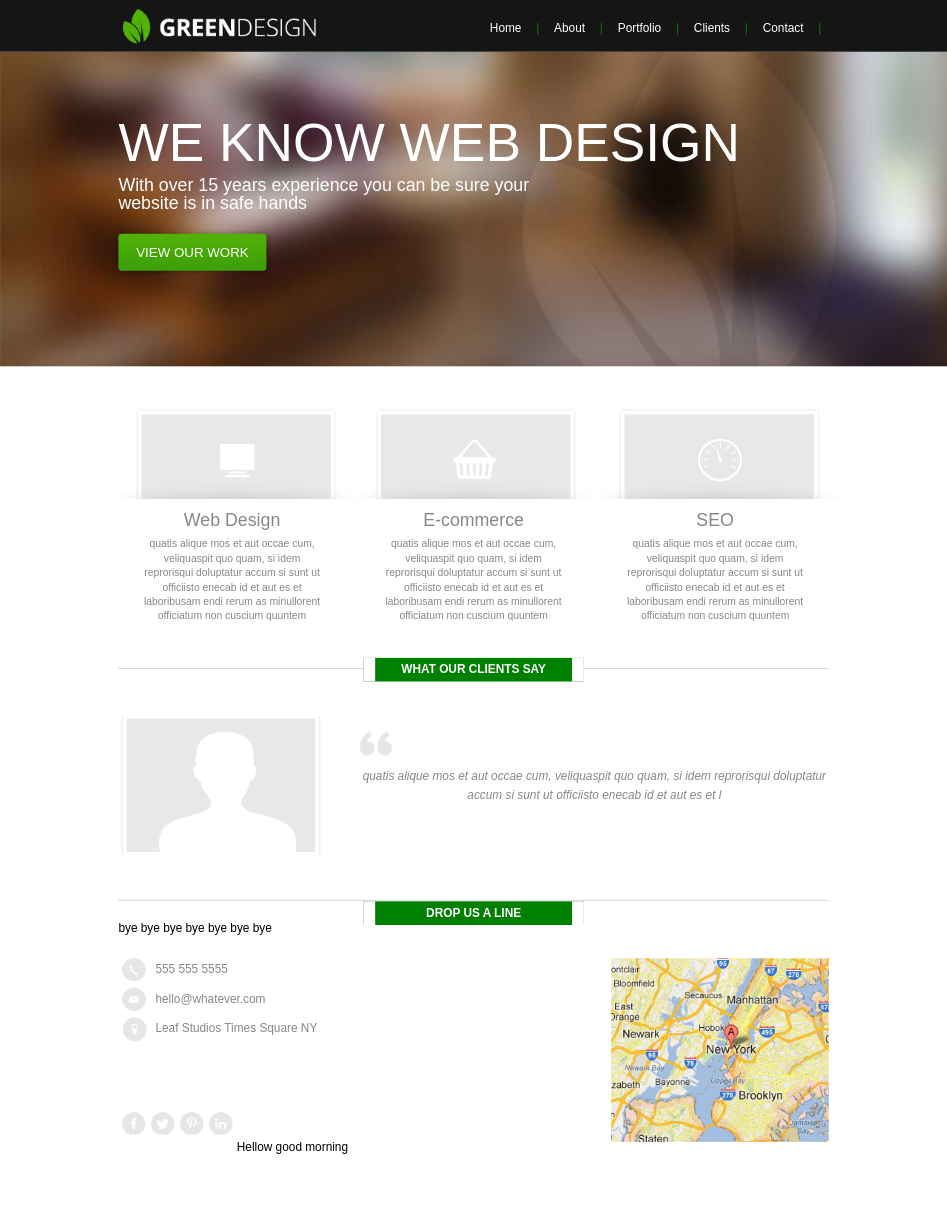
Repository: prathmeshgodbole/Javascript
Page: Basics/Jquery/index.html
An editor plug-in stored every save of this project. The page is shown before and after a run of saves, followed by the edit.
The browser window is 1280 px wide. The pictures show the whole page, at 74% of full size.

Above is the page before, as saved 2020-08-07 15:46:12.

After the next 2 saves:
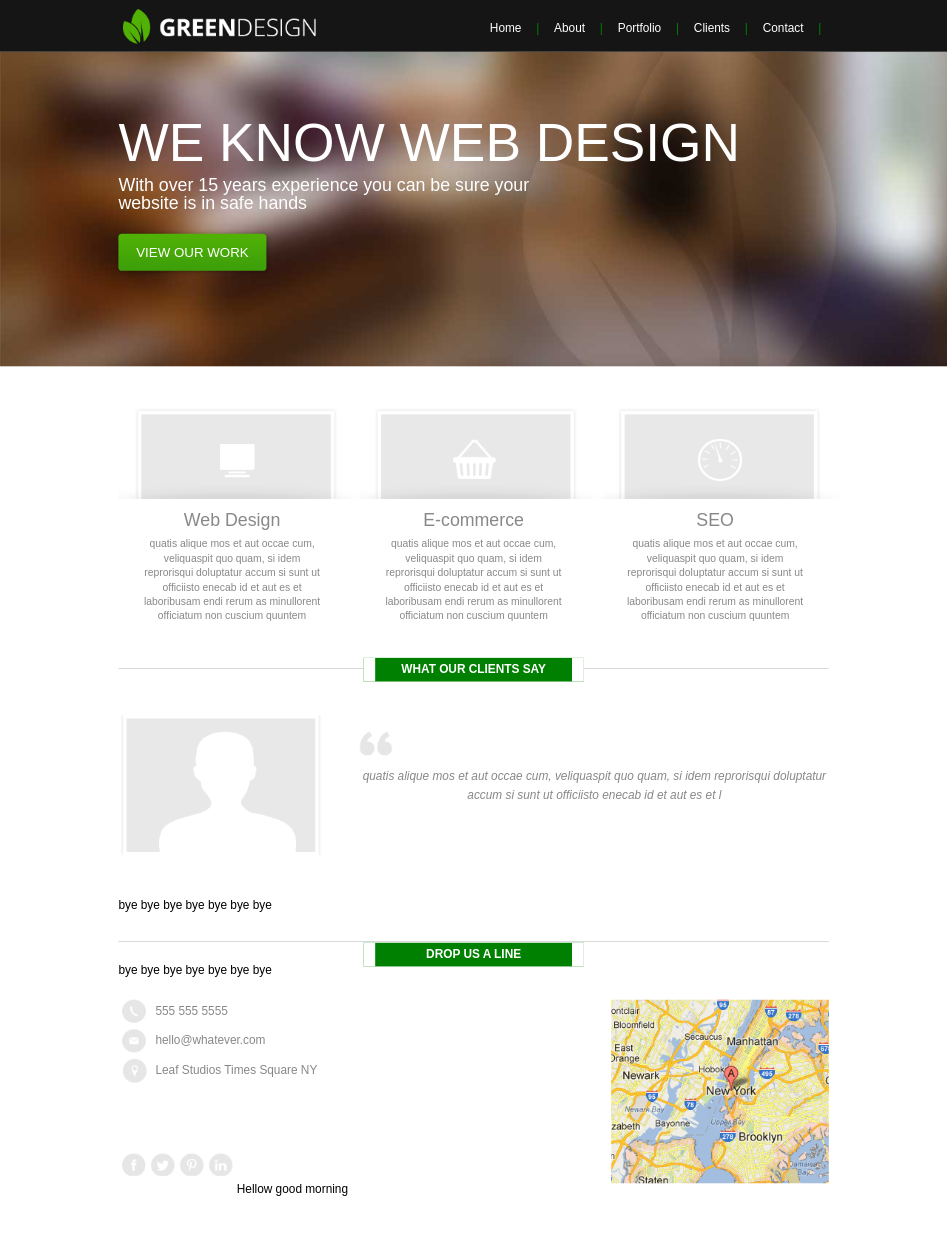
The 2 saves are shown as one change because they came seconds apart.
The last was saved 18 s later.
--- a/Basics/Jquery/scripts/adding-content.js
+++ b/Basics/Jquery/scripts/adding-content.js
@@ -5,7 +5,7 @@
  //  //prepend()
  $("#contact").prepend(para);
  //  //before()
- //  $("#contact div").before(para);
+ $("#contact").before(para);
  //  //after()
  //  $("#contact").after(para);
  //  //html()
